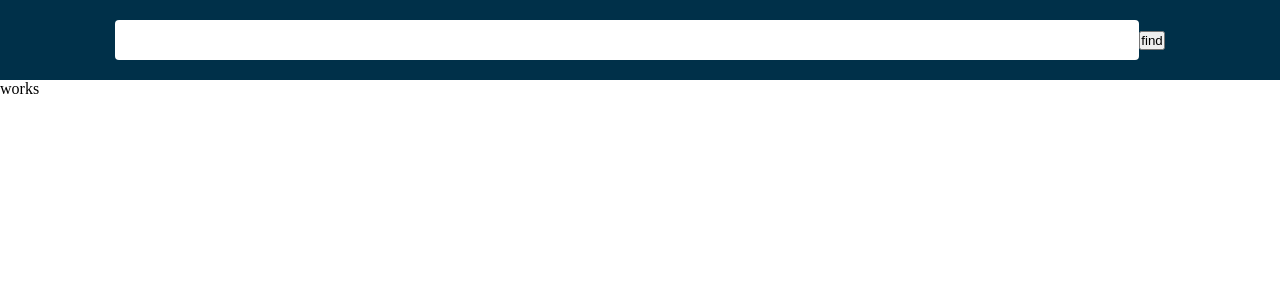
Repository: rutsguifd/uni
Page: / (app in filmhub-react/)
These files come from the project's save history. The page is drawn as it stood at one moment and after the next save; the edit follows.
The browser window is 1280 px wide. The pictures show the whole page.
The project was rebuilt for these pictures with package versions that can differ from the ones it lists, and the page was loaded fresh each time.

Above is the page before, as saved 2022-04-13 01:17:36.

### filmhub-react/src/index.js
import React from "react";
import ReactDOM from "react-dom";
import { Provider } from "react-redux";
import App from "./App";
import { store } from "./store"

ReactDOM.render(
  <React.StrictMode>
    <Provider store={store}>
      <App />
    </Provider>
  </React.StrictMode>,
  document.getElementById("root")
);

### filmhub-react/src/App.js
import axios from "axios";
import { useEffect } from "react";
import Header from "./components/Header";
import './styles/App.scss'

function App() {
  return (
    <div className="App">
    <Header/>
      works
    </div>
  );
}

export default App;

### filmhub-react/src/store/index.js
import { combineReducers, createStore } from "redux";
import { composeWithDevTools } from "redux-devtools-extension";
import { fetchDataReducer } from "./fetchDataReducer";
const rootReducer = combineReducers({
    fetchDataReducer
})

export const store = createStore(rootReducer, composeWithDevTools())

### filmhub-react/src/components/Header.jsx
import axios from "axios";
import React, { useState } from "react";
import { useDispatch, useSelector } from "react-redux";
import "../styles/Header.scss"
import MyInput from "./UI/MyInput/MyInput";

function fetchSearchMovie(searchQuery) {
  return axios.get(`http://www.omdbapi.com/?apikey=c4183736&s=${searchQuery}`)
}

const Header = () => {
  const [searchQuery, setSearchQuery] = useState("");
  const dispatch = useDispatch();
  const fetchData = (e) => {
      e.preventDefault()
      fetchSearchMovie(searchQuery)
      .then((data)=>dispatch({type: "FETCH_SEARCH_MOVIE", payload: data.data.Search}))
      setSearchQuery("")
  }
  const a = useSelector((state)=>state.fetchDataReducer.movies)
  console.log(a)
  return (
    <div className="header">
      <form>
        <MyInput
          value={searchQuery}
          onChange={(e) => setSearchQuery(e.target.value)}
        />
        <button onClick={fetchData}>find</button>
      </form>
      <div>{a.map(film=><div>{film.Title}</div>)}</div>
    </div>
  );
};

export default Header;

### filmhub-react/src/store/fetchDataReducer.js
import axios from "axios";

const initialState = {
    movies: []
};

const FETCH_SEARCH_MOVIE = "FETCH_SEARCH_MOVIE";

export const fetchDataReducer = (state = initialState, action) => {
    switch(action.type) {
        case FETCH_SEARCH_MOVIE:
            return {...state, movies: action.payload}
        default:
            return state;
    }
}

### filmhub-react/src/styles/Header.scss
.header{
    display: flex;
    padding: 20px;
    justify-content: center;
    align-items: center;
    background-color: #003049;
}

### filmhub-react/src/components/UI/MyInput/MyInput.jsx
import React from 'react'
import classes from './MyInput.module.scss'

const MyInput = (props) => {
  return (
    <input {...props} className={classes.input}/>
  )
}

export default MyInput

### filmhub-react/src/components/UI/MyInput/MyInput.module.scss
.input{
    height: 40px;
    width: 80vw;
    border-radius: 4px;
    border: none;
    &:focus{
        border: none;
    }
    &:hover {
        transition: 0.2s;
        background-color: #a8dadc;
    }
}

Loaded but not shown: filmhub-react/public/index.html (common file); filmhub-react/src/styles/App.scss (common file)

After the next save:
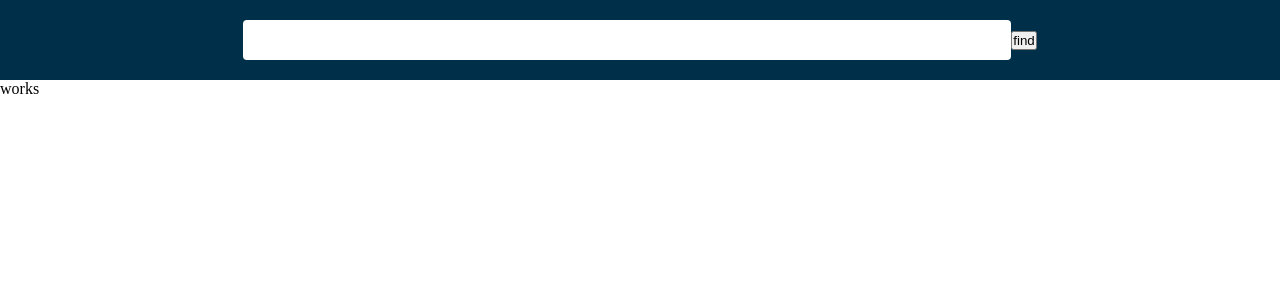
Saved 7 s later.
--- a/filmhub-react/src/components/UI/MyInput/MyInput.module.scss
+++ b/filmhub-react/src/components/UI/MyInput/MyInput.module.scss
@@ -1,6 +1,6 @@
 .input{
     height: 40px;
-    width: 80vw;
+    width: 60vw;
     border-radius: 4px;
     border: none;
     &:focus{
